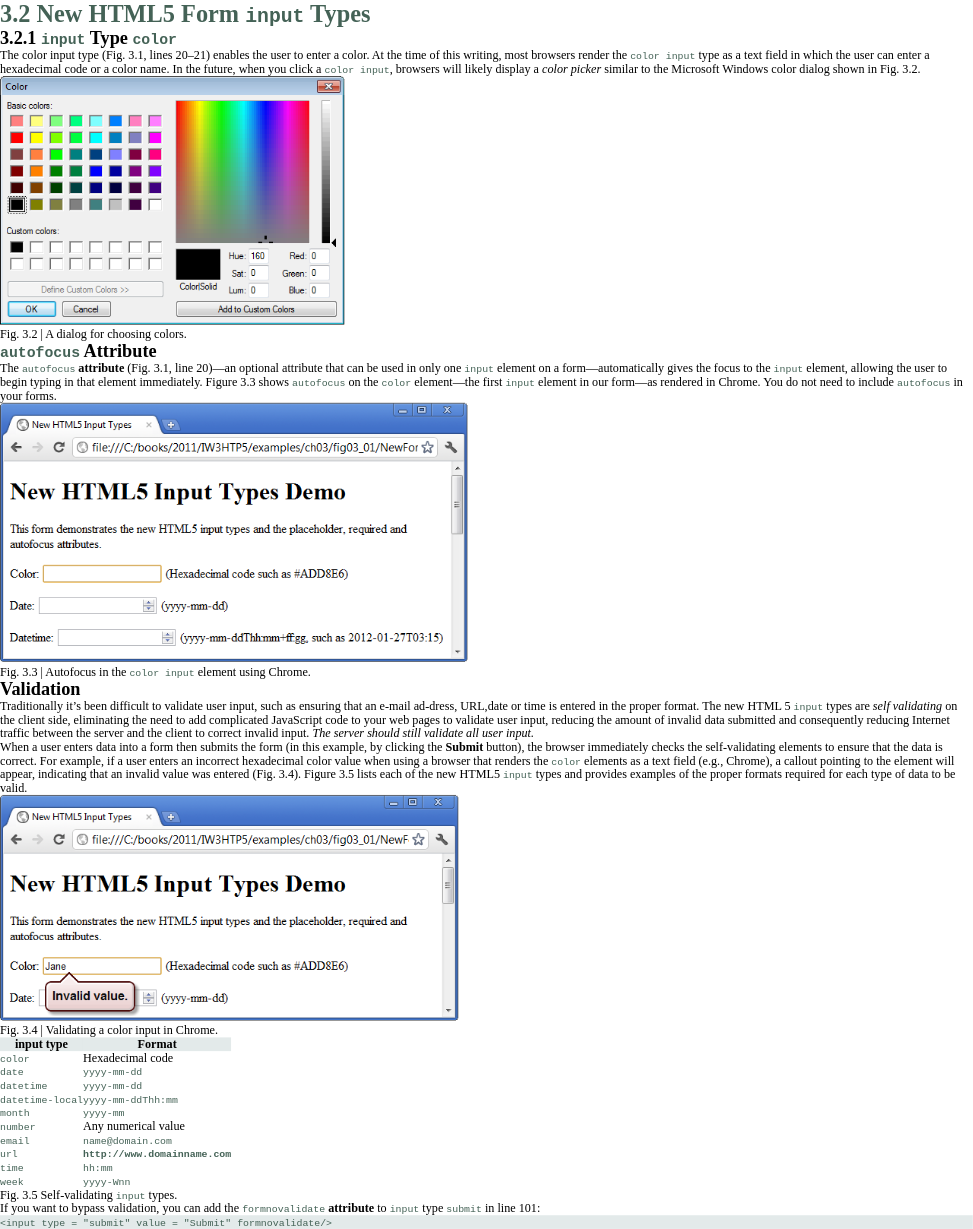
Repository: mlmEFSC21/P4-Textbook-Copy
Page: index.html
These files come from the project's save history. The page is drawn as it stood at one moment and after a run of saves; the edit follows.
The browser window is 1280 px wide. The pictures show the whole page, at 76% of full size.

Above is the page before, as saved 2022-02-03 15:39:09.

### index.html
<!DOCTYPE html>
<html lang="en">
    <head>
        <meta charset="UTF-8" />
        <meta http-equiv="X-UA-Compatible" content="IE=edge" />
        <meta name="viewport" content="width=device-width, initial-scale=1.0" />
        <link rel="stylesheet" href="bookStyles.css" />
        <title>Laying Out Book Pages</title>
    </head>
    <header>
        <h1>3.2 New HTML5 Form <code>input</code> Types</h1>
    </header>
    <body>
        <section class="color-input-type">
            <header>
                <h2>3.2.1 <code>input</code> Type <code>color</code></h2>
            </header>
            <p>
                The color input type (Fig. 3.1, lines 20–21) enables the user to enter a color. At
                the time of this writing, most browsers render the <code>color input</code> type as
                a text field in which the user can enter a hexadecimal code or a color name. In the
                future, when you click a <code>color input</code>, browsers will likely display a
                <em>color picker</em> similar to the Microsoft Windows color dialog shown in Fig.
                3.2.
            </p>
            <figure>
                <img src="images\OperaColorInput.png" alt="Microsoft Windows color dialog" />
                <figcaption>Fig. 3.2 | A dialog for choosing colors.</figcaption>
            </figure>
        </section>
        <section class="autofocus-attribute">
            <header>
                <h2><code>autofocus</code> Attribute</h2>
            </header>
            <p>
                The <code>autofocus</code> <strong>attribute</strong> (Fig. 3.1, line 20)—an
                optional attribute that can be used in only one <code>input</code> element on a
                form—automatically gives the focus to the <code>input</code> element, allowing the
                user to begin typing in that element immediately. Figure 3.3 shows
                <code>autofocus</code> on the <code>color</code> element—the first
                <code>input</code> element in our form—as rendered in Chrome. You do not need to
                include <code>autofocus</code> in your forms.
            </p>
            <figure>
                <img
                    src="images\Autofocus.png"
                    alt="web page demo of autofocus on a color input field"
                />
                <figcaption>
                    Fig. 3.3 | Autofocus in the <code>color input</code> element using Chrome.
                </figcaption>
            </figure>
        </section>
        <section class="input-validation">
            <header>
                <h2>Validation</h2>
            </header>
            <p>
                Traditionally it’s been difficult to validate user input, such as ensuring that an
                e-mail ad-dress, URL,date or time is entered in the proper format. The new HTML 5
                <code>input</code> types are <em>self validating</em> on the client side,
                eliminating the need to add complicated JavaScript code to your web pages to
                validate user input, reducing the amount of invalid data submitted and consequently
                reducing Internet traffic between the server and the client to correct invalid
                input. <em>The server should still validate all user input.</em>
            </p>
            <p>
                When a user enters data into a form then submits the form (in this example, by
                clicking the <strong>Submit</strong> button), the browser immediately checks the
                self-validating elements to ensure that the data is correct. For example, if a user
                enters an incorrect hexadecimal color value when using a browser that renders the
                <code>color</code> elements as a text field (e.g., Chrome), a callout pointing to
                the element will appear, indicating that an invalid value was entered (Fig. 3.4).
                Figure 3.5 lists each of the new HTML5 <code>input</code> types and provides
                examples of the proper formats required for each type of data to be valid.
            </p>
            <figure>
                <img
                    src="images\SelfValidationChrome.png"
                    alt="web page demo of validation preventing a non color input into a color input field"
                />
                <figcaption>Fig. 3.4 | Validating a color input in Chrome.</figcaption>
            </figure>
        </section>
        <section class="self-validating-types">
            <figure>
                <table class="validation-table">
                    <thead>
                        <th>input type</th>
                        <th>Format</th>
                    </thead>
                    <tr>
                        <td><code>color</code></td>
                        <td>Hexadecimal code</td>
                    </tr>
                    <tr>
                        <td><code>date</code></td>
                        <td><code>yyyy-mm-dd</code></td>
                    </tr>
                    <tr>
                        <td><code>datetime</code></td>
                        <td><code>yyyy-mm-dd</code></td>
                    </tr>
                    <tr>
                        <td><code>datetime-local</code></td>
                        <td><code>yyyy-mm-ddThh:mm</code></td>
                    </tr>
                    <tr>
                        <td><code>month</code></td>
                        <td><code>yyyy-mm</code></td>
                    </tr>
                    <tr>
                        <td><code>number</code></td>
                        <td>Any numerical value</td>
                    </tr>
                    <tr>
                        <td><code>email</code></td>
                        <td><code>name@domain.com</code></td>
                    </tr>
                    <tr>
                        <td><code>url</code></td>
                        <td>
                            <a href="http://www.domainname.com"
                                ><code>http://www.domainname.com</code></a
                            >
                        </td>
                    </tr>
                    <tr>
                        <td><code>time</code></td>
                        <td><code>hh:mm</code></td>
                    </tr>
                    <tr>
                        <td><code>week</code></td>
                        <td><code>yyyy-Wnn</code></td>
                    </tr>
                </table>
                <figcaption>Fig. 3.5 Self-validating <code>input</code> types.</figcaption>
            </figure>
            <aside>
                <p>
                    If you want to bypass validation, you can add the <code>formnovalidate</code>
                    <strong>attribute</strong> to <code>input</code> type <code>submit</code> in
                    line 101:
                </p>
                <div class="form-no-val">
                    <code>&lt;input type = "submit" value = "Submit" formnovalidate/&gt;</code>
                </div>
            </aside>
        </section>
    </body>
</html>

### bookStyles.css
:root {
    --clr-prime: #;
    --clr-background-accent: rgba(70, 114, 115, 0.15);
    --clr-font-links: #275b8a;
    --clr-font-prime: black;
    --clr-font-code: #446256;
    --clr-font-figcap: darkgrey;
    --clr-background: white;
}
*,
*::before,
*::after {
    margin: 0;
    padding: 0;
    box-sizing: border-box;
}
body {
    margin: auto;
    padding: auto;
    background-color: var(--clr-background);
    color: var(--clr-font-prime);
}
code,
h1 {
    color: var(--clr-font-code);
}
table {
    border-collapse: collapse;
}
a {
    color: var(--clr-font-links);
    text-decoration: none;
    font-weight: 700;
    cursor: pointer;
}
th,
div {
    background-color: var(--clr-background-accent);
}

After the next 2 saves:
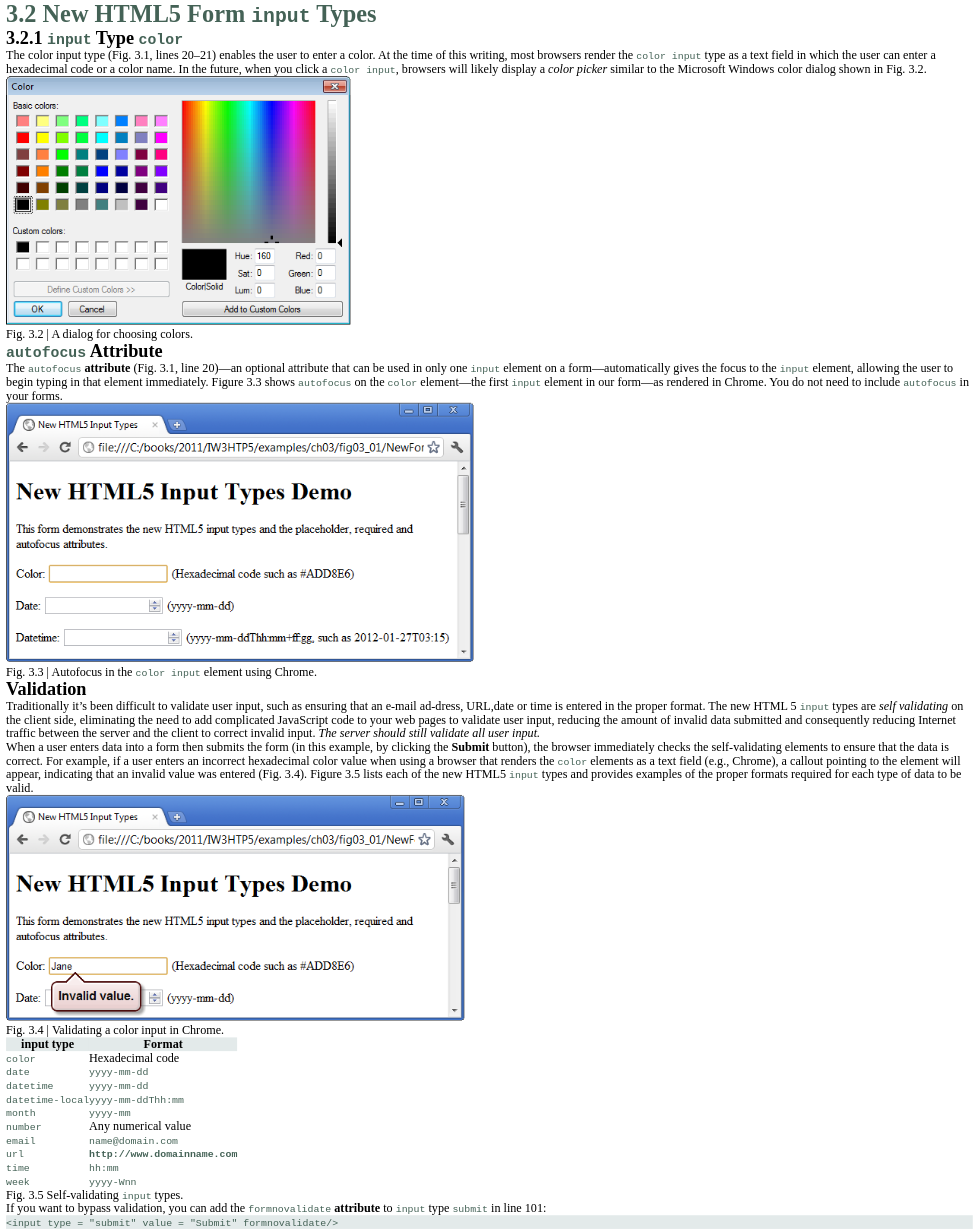
The 2 saves are shown as one change because they came seconds apart.
The last was saved 109 s later.
--- a/bookStyles.css
+++ b/bookStyles.css
@@ -15,7 +15,7 @@
     box-sizing: border-box;
 }
 body {
-    margin: auto;
+    margin-left: 0.5rem;
     padding: auto;
     background-color: var(--clr-background);
     color: var(--clr-font-prime);
